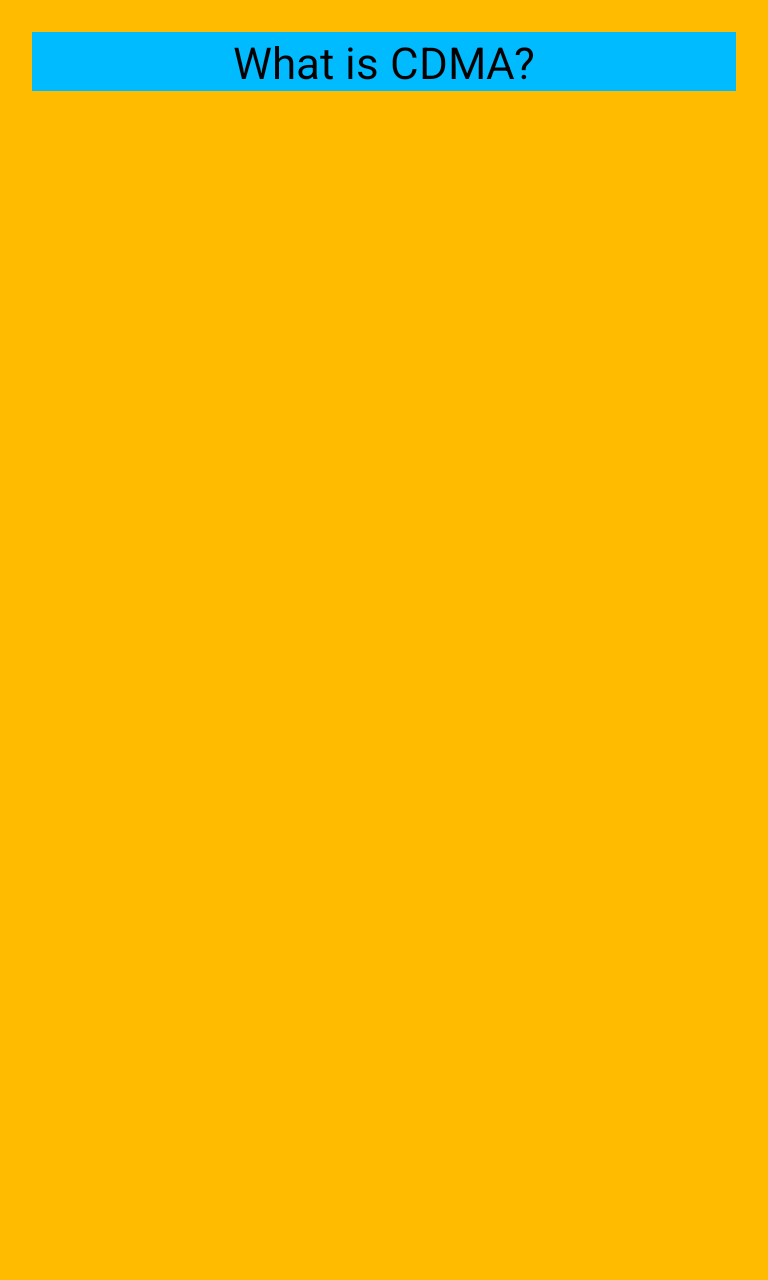
Repository: sbobhate/Android-Applications
Layout: Orient/res/layout/activity_fragment1.xml
The author's editor kept a copy of each file at every save. The layout is drawn from the files as they stood at one save, then again after the next save.
It is drawn on a 768 x 1280 px phone screen (xhdpi) without system bars, with theme AppTheme; the app's code is not run.

Above is the layout before, as saved 2014-02-19 19:48:21.

### Orient/res/layout/activity_fragment1.xml
<RelativeLayout xmlns:android="http://schemas.android.com/apk/res/android"
    xmlns:tools="http://schemas.android.com/tools"
    android:layout_width="match_parent"
    android:layout_height="match_parent"
    android:paddingBottom="@dimen/activity_vertical_margin"
    android:paddingLeft="@dimen/activity_horizontal_margin"
    android:paddingRight="@dimen/activity_horizontal_margin"
    android:paddingTop="@dimen/activity_vertical_margin"
    tools:context=".Fragment1"
    android:background="#FFBB00" >

   	<TextView
        android:layout_width="fill_parent"
        android:layout_height="wrap_content"
        android:textAppearance="?android:attr/textAppearanceLarge"
        android:textColor="#000000"
        android:gravity="center"
        android:text="@string/cdmaTitle"
        android:layout_centerHorizontal="true"
        android:background="#00BBFF" />

   	<ScrollView
   	    android:layout_width="fill_parent"
        android:layout_height="fill_parent"
   	    />

</RelativeLayout>

### Orient/res/values/strings.xml
<?xml version="1.0" encoding="utf-8"?>
<resources>

    <string name="app_name">Orient</string>
    <string name="action_settings">Settings</string>
    <string name="hello_world">Hello world!</string>
    <string name="action_overflow">Overflow</string>
    <string name="instructions">Instructions</string>
    <string name="reader">Reader</string>
    <string name="title_activity_instructions">Instructions</string>
    <string name="title_activity_reader">Reader</string>
    <string name="logo">Logo</string>
    <string name="title_activity_instructions_list_fragment">List</string>

    <string-array name="steps">
        <item>Step 1</item>
        <item>Step 2</item>
        <item>Step 3</item>
        <item>Step 4</item>
        <item>Step 5</item>
    </string-array>
    <string-array name="instructions">
        <item>These are the set of instructions for Step 1. Lorem Ipsum Lorem Ipsum
            Lorem Ipsum Lorem Ipsum Lorem Ipsum Lorem Ipsum</item>
        <item>These are the set of instructions for Step 2.</item>
        <item>These are the set of instructions for Step 3.</item>
        <item>These are the set of instructions for Step 4.</item>
        <item>These are the set of instructions for Step 5.</item>
    </string-array>

    <string name="title_activity_fragment1">Instructions</string>
    <string name="back">Back</string>
    <string name="next">Next</string>
    <string name="title_activity_about_us">About Us</string>
    <string name="title_activity_cdma_visual">CdmaVisual</string>
    <string name="description">CDMA is a type of cellular data
        protocol.</string>
    <string name="title_activity_fragment2">Signal Quality</string>
    <string name="cdmaTitle">What is CDMA?</string>

</resources>

Loaded but not shown: Orient/res/values/styles.xml (common file); Orient/res/values-v11/styles.xml (common file); Orient/res/values-v14/styles.xml (common file); Orient/res/values/dimens.xml (common file)

After the next save:
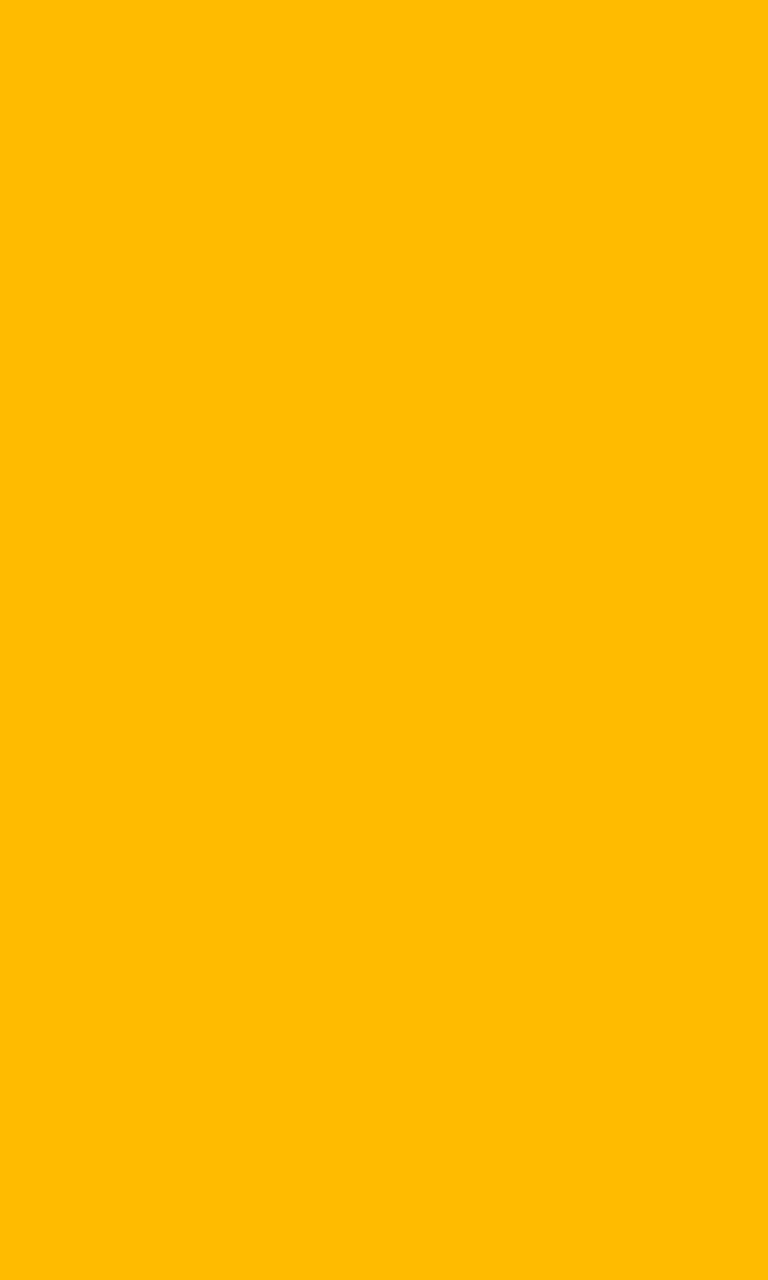
Saved 45 s later.
--- a/Orient/res/layout/activity_fragment1.xml
+++ b/Orient/res/layout/activity_fragment1.xml
@@ -22,6 +22,7 @@
    	<ScrollView
    	    android:layout_width="fill_parent"
         android:layout_height="fill_parent"
+        android:background="#FFBB00"
    	    />
 
 </RelativeLayout>

After the 3 saves that followed:
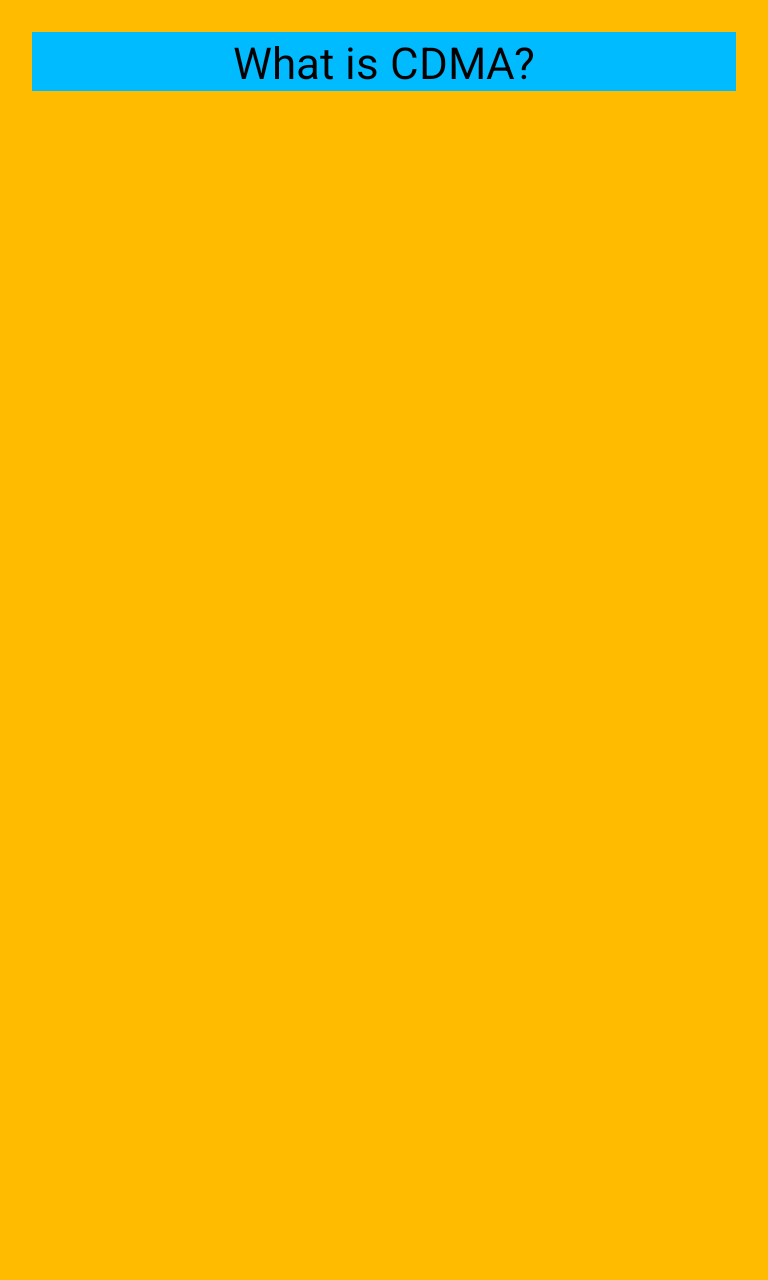
The 3 saves are shown as one change because 2 left the picture as it was.
The last was saved 2 min 35 s later.
--- a/Orient/res/layout/activity_fragment1.xml
+++ b/Orient/res/layout/activity_fragment1.xml
@@ -10,6 +10,7 @@
     android:background="#FFBB00" >
 
    	<TextView
+   	    android:id="@id/text"
         android:layout_width="fill_parent"
         android:layout_height="wrap_content"
         android:textAppearance="?android:attr/textAppearanceLarge"
@@ -20,9 +21,17 @@
         android:background="#00BBFF" />
 
    	<ScrollView
+   	    android:layout_below="@id/text"
    	    android:layout_width="fill_parent"
         android:layout_height="fill_parent"
         android:background="#FFBB00"
+        android:text="jdfwe bfjwbffewfb
+        ewfjk kwef
+        wejwbvwejbfjwfbqw
+        fewjfbwoejbfowf
+        wefowbgofubwgwogb
+        webogwbgowbg
+        vnlenfnvown"
    	    />
 
 </RelativeLayout>
